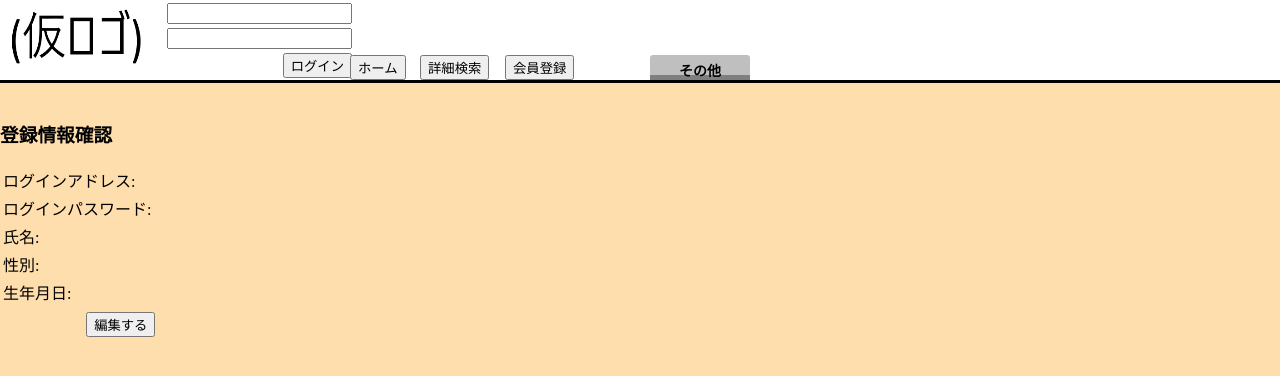
Repository: k0816/backup-master
Page: http://localhost/cycle/userInfo.jsp
An editor plug-in stored every save of this project. The page is shown before and after the next save, followed by the edit.
The browser window is 1280 px wide. The pictures show the whole page.
The page is served by Tomcat 9. Other server files are loaded and not shown.

Above is the page before, as saved 2018-01-20 03:47:10.

### cycle/WebContent/userInfo.jsp
<%@ page language="java" contentType="text/html; charset=UTF-8"
    pageEncoding="UTF-8"%>
<%@ taglib prefix="s" uri="/struts-tags"%>

<!DOCTYPE html PUBLIC "-//W3C//DTD HTML 4.01 Transitional//EN" "http://www.w3.org/TR/html4/loose.dtd">
<html>
<head>
<meta http-equiv="Content-Type" content="text/html; charset=UTF-8">
<title>Insert title here</title>
</head>
<body>
<jsp:include page="/include.jsp" flush="true" />

<h3>登録情報確認</h3>
			<table>
				<s:form action="UserCreateCompleteAction">
					<tr id="box">
						<td>
							<label>ログインアドレス:</label>
						</td>
						<td>
							<s:property value="loginPassword" escape="false" />
						</td>
					</tr>
					<tr id="box">
						<td>
							<label>ログインパスワード:</label>
						</td>
						<td>
							<s:property value="loginPassword" escape="false" />
						</td>
					</tr>
					<tr id="box">
						<td>
							<label>氏名:</label>
						</td>
						<td>
							<s:property value="userName" escape="false" />
						</td>
					</tr>
					<tr id="box">
						<td>
							<label>性別:</label>
						</td>
						<td>
							<s:property value="gender" escape="false" />
						</td>
					</tr><tr id="box">
						<td>
							<label>生年月日:</label>
						</td>
						<td>
							<s:date name="birthday" format="yyyy年MM月dd日" />
						</td>
					</tr>
					<tr>
						<td>
							<s:submit value="編集する" />
						</td>
					</tr>
				</s:form>
			</table>





</body>
</html>

### cycle/WebContent/include.jsp
<%@ page language="java" contentType="text/html; charset=UTF-8"
	pageEncoding="UTF-8"%>
<%@ taglib prefix="s" uri="/struts-tags"%>
<!DOCTYPE html PUBLIC "-//W3C//DTD HTML 4.01 Transitional//EN" "http://www.w3.org/TR/html4/loose.dtd">
<html>
<head>
<meta http-equiv="Content-Type" content="text/html; charset=utf-8" />
<meta http-equiv="Content-Style-Type" content="text/css" />
<meta http-equiv="Content-Script-Type" content="text/javascript" />
<meta http-equiv="imagetoolbar" content="no" />
<meta name="description" content="" />
<meta name="keywords" content="" />
<title>JSP共通設定</title>
<style type="text/css">

#header {
	width: 100%;
	height: 80px;
	background-color: white;
	border-bottom: 3px solid black;
	/* position: fixed; */
}

#welcome {
	position: absolute;
	left: 160px;
	top: 0px;
}

.botan {
	position: absolute;
	top: 55px;
}

#home {
	position: absolute;
	left: 350px;
}

#search {
	position: absolute;
	left: 420px;
}

#createORmypage {
	position: absolute;
	left: 505px;
}

#other {
	position: absolute;
	left: 650px;
}

body {
	/* background: url("./image/wood.jpg"); */
	background: #FFDEAD;
	margin: 0;
	padding: 0;
}
/* ドロップダウンメニューについて */
#dropmenu {
	list-style-type: none;
	width: 100px;
	height: 20px;
	margin: 0px auto 0px;
	padding: 0;
	background: #bfbfbf;
	border-bottom: 5px solid #7f7f7f;
	border-radius: 3px 3px 0 0;;
}

#dropmenu li {
	position: relative;
	width: 100%;
	float: left;
	margin: 0;
	padding: 0;
	text-align: center;
}

#dropmenu li a {
	display: block;
	margin: 0;
	padding: 10px;
	color: black;
	font-size: 14px;
	font-weight: bold;
	line-height: 1;
	text-decoration: none;
}

#dropmenu li:hover>a {
	background: #bfbfbf;;
	color: #eff7b1;
}

#dropmenu>li:hover>a {
	border-radius: 3px 3px 0 0;
}

#dropmenu li ul {
	list-style: none;
	position: absolute;
	top: 100%;
	left: 0;
	margin: 0;
	padding: 0;
	border-radius: 0 0 3px 3px;
}

#dropmenu li ul li {
	overflow: hidden;
	width: 100%;
	height: 0;
	color: #fff;
	-moz-transition: .2s;
	-webkit-transition: .2s;
	-o-transition: .2s;
	-ms-transition: .2s;
	transition: .2s;
}

#dropmenu li ul li a {
	padding: 13px 13px;
	background: #bfbfbf;
	text-align: center;
	font-size: 12px;
	font-weight: normal;
}

#dropmenu li:hover ul li {
	overflow: visible;
	height: 38px;
	border-top: 1px solid #bfbfbf;
	border-bottom: 1px solid #616d0b;
}

#dropmenu li:hover ul li:first-child {
	border-top: 0;
}

#dropmenu li:hover ul li:last-child {
	border-bottom: 0;
}

#dropmenu li:hover ul li:last-child a {
	border-radius: 0 0 3px 3px;
}
</style>
</head>
<body>
	<div id="header">
          <a href="GoHomeAction"><img src="image\logotest.jpg" width="150" height="80"></a>

		<div id="welcome">  <!-- ログイン情報入力フォーム-->
			<s:if test="#session.loginUser != null">
ようこそ！<s:property value="#session.loginUser.getUserName()" escape="false" />様！
            </s:if>
            <s:else>
            <s:form id="form" name="form" action="LoginAction">
				<div id="address"><s:textfield name="loginAddress"/></div>
				<div id="password"><s:password name="loginPassword"/></div>
				<s:hidden name="userName" value='<s:property value="userName"/>'/>
				<s:hidden name="userId" value='<s:propety value="userId"/>'/>
				<div id="login"><s:submit value="ログイン"/></div>
			</s:form>
            </s:else>
            </div>

	<div class="botan">
			<div id="home">
				<form action="GoHomeAction">
					<input type="submit" value="ホーム" />
				</form>
			</div>
			<div id="search">
				<form action="PartySearchAction">
					<input type="submit" value="詳細検索" />
				</form>
			</div>
			<div id=createORmypage>
			<s:hidden name="loginAddress" value="%{loginAddress}"/>
			<s:hidden name="loginPassword" value="%{loginPassword}"/>
			<s:hidden name="userId" value="%{userId}"/>
			<s:hidden name="userName" value="%{userName}"/>
			<s:if test="#session.loginUser !=null">
				<ul id="dropmenu">
					<li><a href="#">マイページ</a>
						<ul>
							<li><a href="NicePartyListAction">いいね！</a></li>
							<li><a href="PartyJoinHistoryAction">参加履歴</a></li>
							<li><a href="UserInfoAction">登録情報確認</a></li>
							<li><a href="PartySearchNEWAction">商品検索</a></li>

						</ul>
					</li>
				</ul>
			</s:if>
			<s:else>
				<form action="UserCreateAction">
					<input type="submit" value="会員登録" />
				</form>
			</s:else>
			</div>

		<!-- ドロップダウンメニュー -->
		<div id="other">
		<ul id="dropmenu">
			<li><a href="#">その他</a>
				<ul>
					<li><a href="ToNewUserAction">お知らせ</a></li>
					<li><a href="ToNewUserAction">初めての方へ</a></li>
					<li><a href="#">会社概要</a></li>
					<li><a href="#">お問い合わせ</a></li>
					<li><s:if test="#session.loginUser !=null">
							<a href="LogoutAction">ログアウト</a>
						</s:if></li>
				</ul>
			</li>
		</ul>
		</div>
	</div>
	</div>
	<br>
</body>
</html>

After the next save:
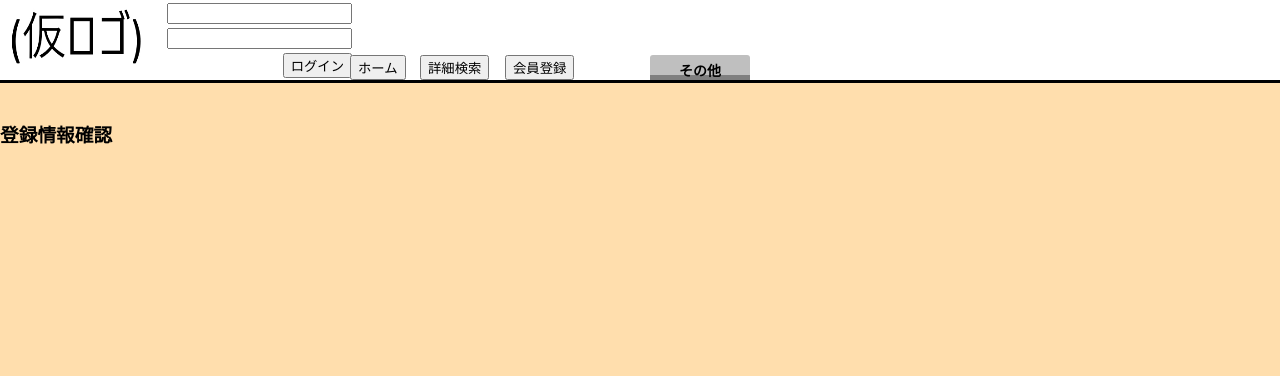
Saved 2 h 3 min later.
--- a/cycle/WebContent/userInfo.jsp
+++ b/cycle/WebContent/userInfo.jsp
@@ -13,13 +13,14 @@
 
 <h3>登録情報確認</h3>
 			<table>
+			<s:iterator value="LoginDTO">
 				<s:form action="UserCreateCompleteAction">
 					<tr id="box">
 						<td>
 							<label>ログインアドレス:</label>
 						</td>
 						<td>
-							<s:property value="loginPassword" escape="false" />
+							<s:property value="loginAddress" escape="false" />
 						</td>
 					</tr>
 					<tr id="box">
@@ -59,6 +60,7 @@
 						</td>
 					</tr>
 				</s:form>
+				</s:iterator>
 			</table>
 
 

After the 3 saves that followed:
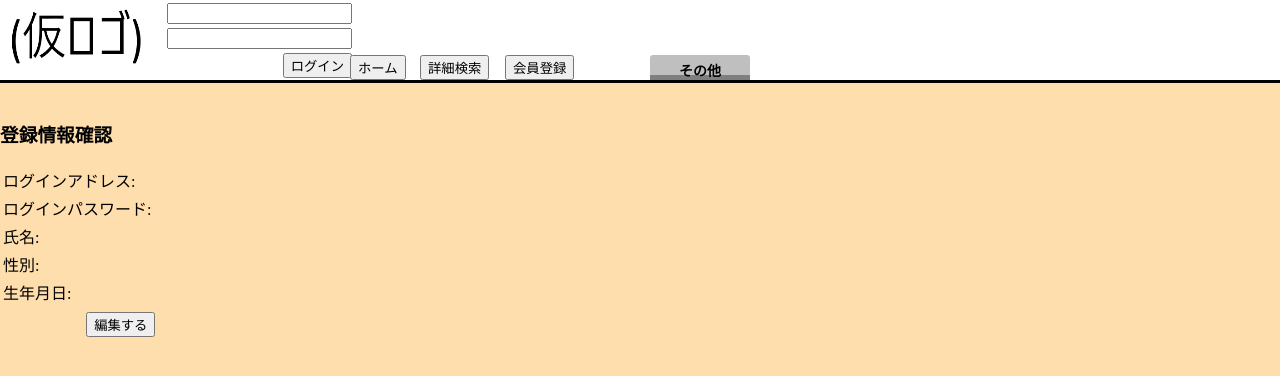
The 3 saves are shown as one change because 2 left the picture as it was.
The last was saved 4 min 44 s later.
--- a/cycle/WebContent/userInfo.jsp
+++ b/cycle/WebContent/userInfo.jsp
@@ -6,15 +6,13 @@
 <html>
 <head>
 <meta http-equiv="Content-Type" content="text/html; charset=UTF-8">
-<title>Insert title here</title>
+<title>登録情報</title>
 </head>
 <body>
 <jsp:include page="/include.jsp" flush="true" />
 
 <h3>登録情報確認</h3>
 			<table>
-			<s:iterator value="LoginDTO">
-				<s:form action="UserCreateCompleteAction">
 					<tr id="box">
 						<td>
 							<label>ログインアドレス:</label>
@@ -59,8 +57,6 @@
 							<s:submit value="編集する" />
 						</td>
 					</tr>
-				</s:form>
-				</s:iterator>
 			</table>
 
 
